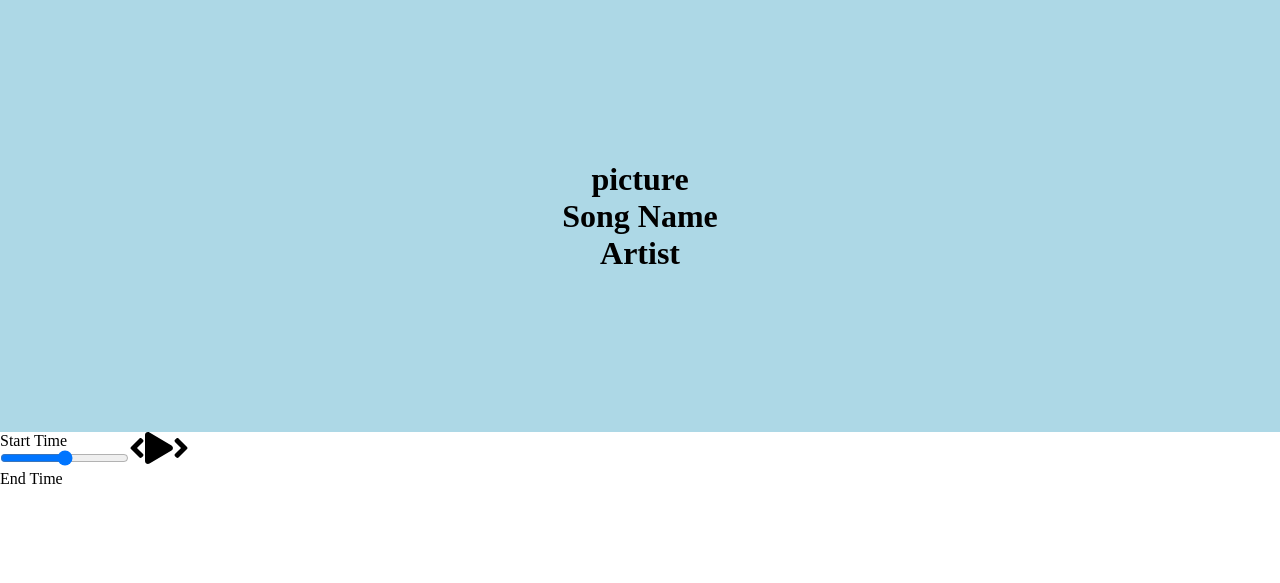
Repository: Elue-dev/music-app
Page: /
The author's editor kept a copy of each file at every save. The page is drawn from the files as they stood at one save, then again after the next save.
The browser window is 1280 px wide. The pictures show the whole page.
The project was rebuilt for these pictures with package versions that can differ from the ones it lists, and the page was loaded fresh each time.

Above is the page before, as saved 2020-11-08 23:56:53.

After the next save:
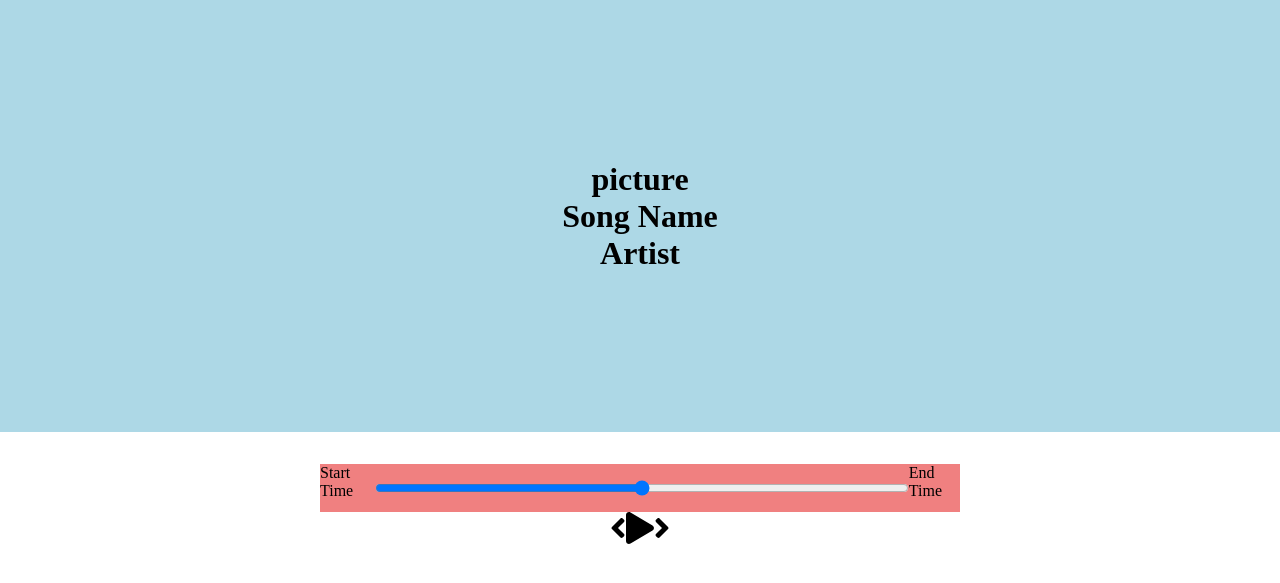
Saved 2 min 41 s later.
--- a/src/styles/_player.scss
+++ b/src/styles/_player.scss
@@ -1,4 +1,17 @@
 .player{
     min-height: 20vh;
     display: flex;
+    flex-direction: column;
+    align-items: center;
+    justify-content: center;
 }
+
+.time-control{
+    width: 50%;
+    background: lightcoral;
+    display: flex;
+    input{
+        width: 100%;
+        padding: 1rem 2rem;
+    }
+}
